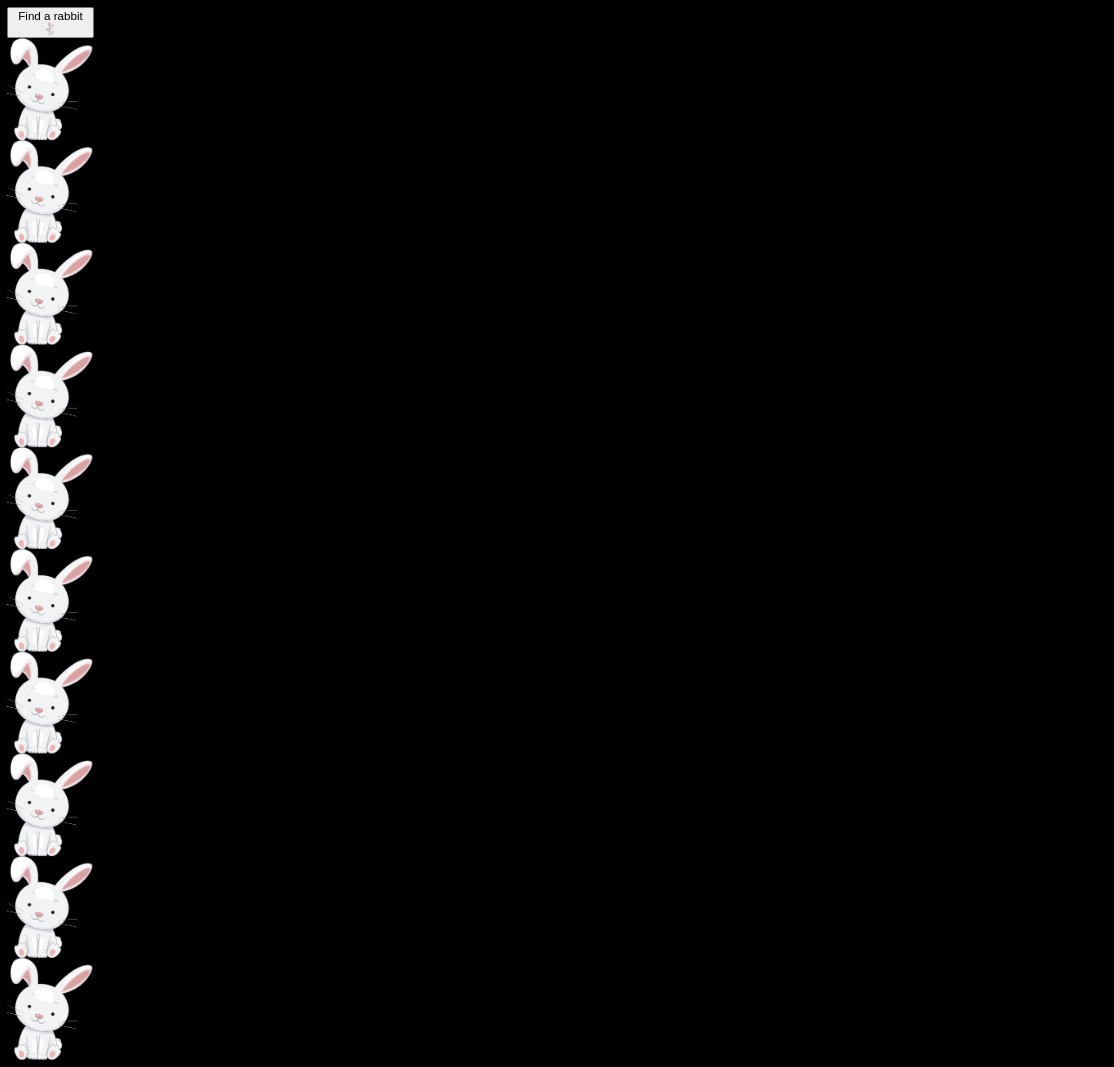
Repository: dhchun1203/browser-practice-works-
Page: rabbits/index.html
These files come from the project's save history. The page is drawn as it stood at one moment and after the next save; the edit follows.
The browser window is 1280 px wide. The pictures show the whole page, at 87% of full size.

Above is the page before, as saved 2021-01-04 12:08:42.

### rabbits/index.html
<!DOCTYPE html>
<html lang="en">
	<head>
		<meta charset="UTF-8" />
		<meta name="viewport" content="width=device-width, initial-scale=1.0" />
		<title>Scroll</title>
		<style>
			body {
				background-color: black;
				display: flex;
				flex-direction: column;
			}
			button {
				width: 100px;
			}
			img {
				width: 100px;
			}
		</style>
	</head>
	<body>
		<button>Find a rabbit🐇</button>
		<img src="img/rabbit.png" alt="" />
		<img src="img/rabbit.png" alt="" />
		<img src="img/rabbit.png" alt="" />
		<img src="img/rabbit.png" alt="" />
		<img src="img/rabbit.png" alt="" />
		<img src="img/rabbit.png" alt="" />
		<img src="img/rabbit.png" alt="" />
		<img src="img/rabbit.png" alt="" />
		<img src="img/rabbit.png" alt="" />
		<img src="img/rabbit.png" alt="" />
		<script></script>
	</body>
</html>

After the next save:
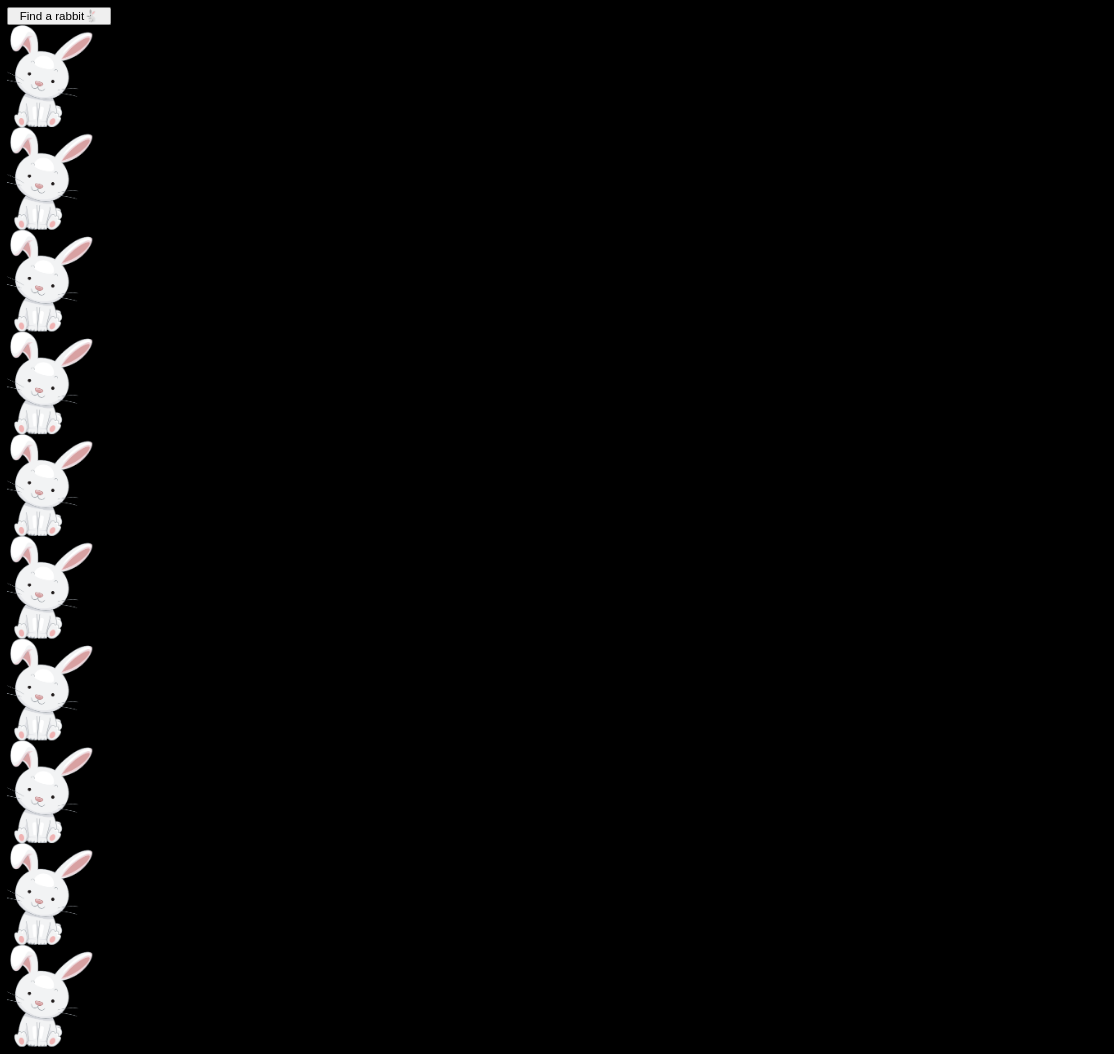
Saved 7 s later.
--- a/rabbits/index.html
+++ b/rabbits/index.html
@@ -11,7 +11,7 @@
 				flex-direction: column;
 			}
 			button {
-				width: 100px;
+				width: 120px;
 			}
 			img {
 				width: 100px;
